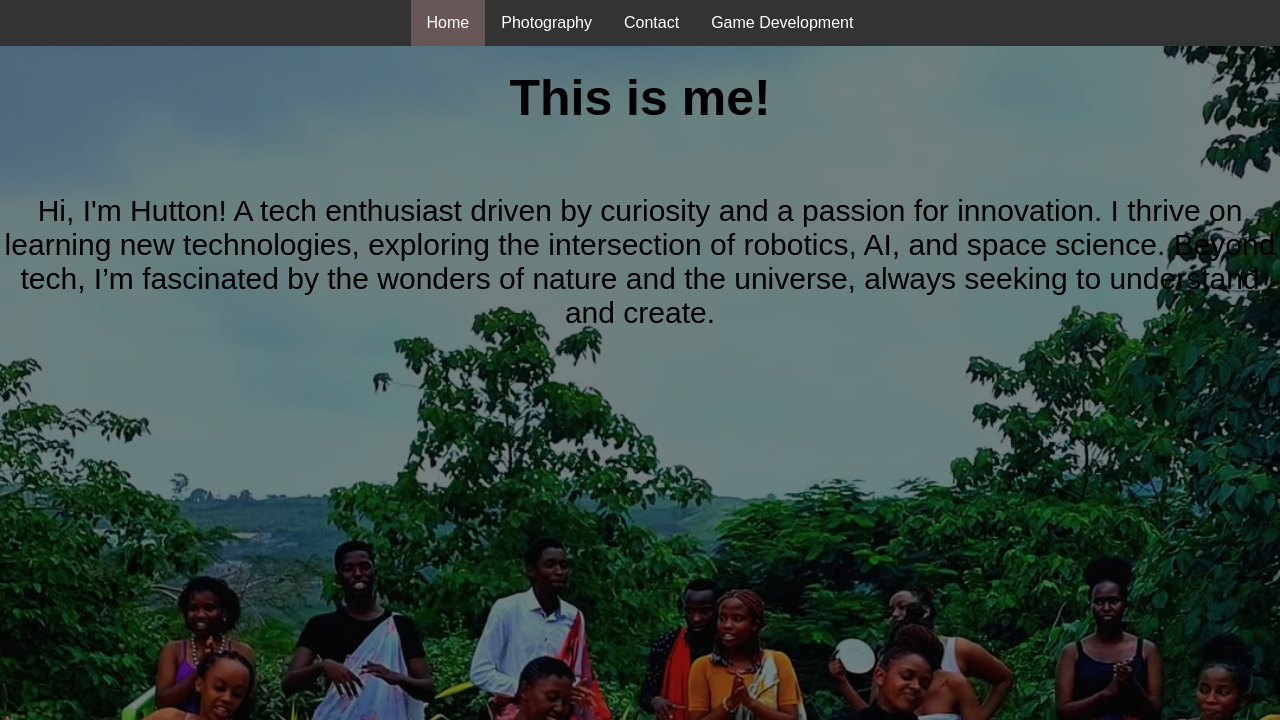
Repository: Argivist/ArgPortfolio
Page: index.html
The author's editor kept a copy of each file at every save. The page is drawn from the files as they stood at one save, then again after the next save.
The browser window is 1280 px wide. The pictures show the whole page.

Above is the page before, as saved 2025-03-28 18:40:38.

### index.html
<!DOCTYPE html>
<html lang="en">

<head>
    <meta charset="UTF-8">
    <meta name="viewport" content="width=device-width, initial-scale=1.0">
    <link rel="stylesheet" href="css/styles.css">
    <link rel="stylesheet" href="css/nav.css">
    <link rel="stylesheet" href="css/home.css">

    <title>Hutton Amison-Addy</title>

    <style>
        body{
            background-color: #f0f0f0;
            font-family: 'Arial', sans-serif;
        }
    </style>
</head>

<body>
    <nav>
        <ul>
            <li class="nav-content active active-text"><a href="index.html">Home</a></li>
            <li class="nav-content"><a href="https://www.instagram.com/theworldinoneseye/">Photography</a></li>

            <li class="dropdown nav-content">
                <a href="contact.html">Contact</a>
                <ul class="dropdown-content">
                    <li><a href="https://www.linkedin.com/in/hutton-amison-addy-7b1b3b1b1/">LinkedIn</a></li>
                    <li><a href="https://www.github.com/Argivist">GitHub</a></li>
                    <li><a href="mailto:hutton.amison@ashesi.edu.gh">hutton.amison@ashesi.edu.gh</a></li>
                    <li><a href="mailto:huttonaaddy.public@gmail.com">huttonaaddy.public@gmail.com</a></li>
                </ul>
            </li>

            <li class="dropdown nav-content">
                <a href="#">Game Development</a>
                <ul class="dropdown-content">
                    <li><a href="game/index.html">Game Development Projects</a></li>
                    <li><a href="blender/index.html">Blender</a></li>
                </ul>
            </li>
        </ul>
    </nav>
    <div class="padding">
    </div>
        <div class="overlay">
            <h1>This is me!</h1>
            <p class="desc">
                Hi, I'm Hutton! A tech enthusiast driven by curiosity and a passion for innovation. I thrive on learning new technologies, exploring the intersection of robotics, AI, and space science. Beyond tech, I’m fascinated by the wonders of nature and the universe, always seeking to understand and create.
            </p>
        </div>



</body>

</html>

### css/styles.css
body{
    height: 100%;
    margin: 0;
    padding: 0;
}

 p {
    white-space: pre-line; /* preserves newlines, but collapses extra spaces */
  }

### css/nav.css
/* 1. Define default variables in :root */


/* NAV Content and Dropdown */
.nav-content {
    position: relative;
    display: inline-block;
}

.dropdown {
    position: relative; /* For proper absolute positioning of its child */
    display: inline-block;
}

.dropdown:hover .dropdown-content {
    display: block;
}

.dropdown-content {
    display: none;
    position: absolute; /* This makes it overlay other elements without affecting layout */
    background-color: var(--dropdown-bg);
    min-width: 160px;
    box-shadow: 0px 8px 16px 0px rgba(0,0,0,0.2);
    z-index: 1;
}

/* Nav Stylisation */
nav {
    background-color: var(--nav-bg);
    position: fixed;
    top: 0;
    left: 0;
    width: 100vw;
    z-index: 100;
    display: flex;
    justify-content: center;  /* Centers the nav content horizontally */
    align-items: center;      /* Vertically centers items */
    margin: 0;
    color: var(--nav-link-color);
}

/* Reserve space for the fixed navbar */
.padding {
    height: 35px;  /* Adjust this value to match your navbar's height */
    top: 0;
    left: 0;
    width: 100%;
    bottom: 0;
}

/* Nav List Styles */
nav ul {
    list-style-type: none;
    margin: 0;
    padding: 0;
    display: flex;
}

nav ul li {
    display: inline-block;
    margin: 0;
    text-align: center;
    /* If you want each <li> to match nav’s background: */
    background-color: var(--nav-bg);
}

/* Nav Links */
nav ul li a {
    display: block;
    color: var(--nav-link-color);
    text-align: center;
    padding: 14px 16px;
    text-decoration: none;
}

nav ul li a:hover {
    background-color: var(--nav-link-hover-bg);
    color: var(--nav-link-active-color);
}

/* Optional: Ensure dropdown list items take full width */
.dropdown ul li {
    width: 100%;
}

/* Active link styling */
.active {
    background-color: var(--active-bg);
    /* color: var(--nav-link-active-color); */
    text-decoration: none;
}
/* If .active is on the <li>, target the <a> inside */
.active-text{
    color: var(--nav-link-active-color);
}

### css/home.css
/* Custom Theme variables */
:root {
    --nav-bg: #333;
    --nav-link-color: #fff;
    --nav-link-hover-bg: #111;
    --dropdown-bg: #f9f9f9;
    --active-bg: #675656;
    --body-text-color: #333;      /* General text color */
    --heading-text-color: #222;   /* Headings, if desired */
}


h1 {
    color: --heading-text-color;
    font-size: 50px;
    text-align: center;
    /* text-shadow: 2px 2px 5px rgba(0, 0, 0, 0.5); */
}

p {
    color: --body-text-color;
    font-size: 30px;
    text-align: center;
    /* text-shadow: 2px 2px 5px rgba(0, 0, 0, 0.5); */
}


body {
    background-image:url('../img/home.jpeg');
    background-size:cover;    /* Ensures the image covers the whole screen */
    background-repeat: no-repeat;  /* Prevents tiling */
    /*  */
    /* background-position: center;   Centers the image */
}
.overlay {
    position: fixed;
    /* top: 0; */
    left: 0;
    width: 100%;
    height: 100%;
    background-color: rgba(0, 0, 0, 0.5); /* Adjust opacity as needed */
    z-index: -1; /* Keeps it behind your content */
}

After the next save:
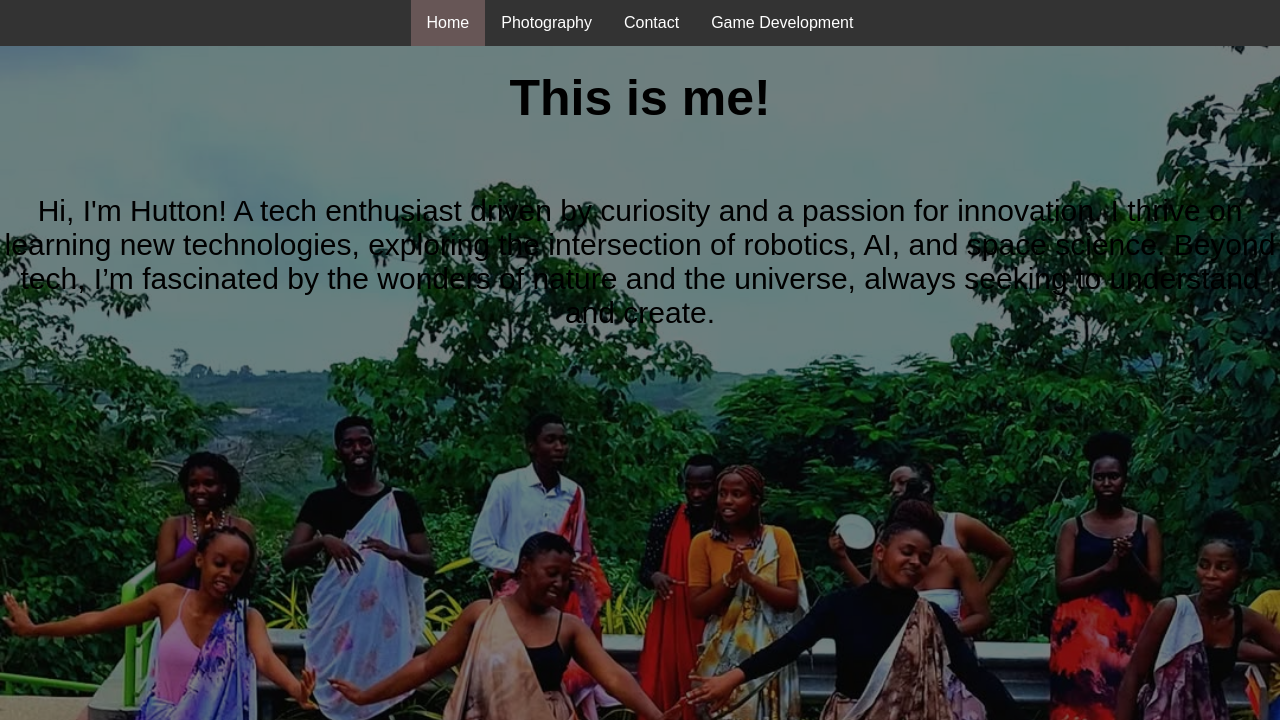
Saved 47 s later.
--- a/css/home.css
+++ b/css/home.css
@@ -29,6 +29,8 @@ body {
     background-image:url('../img/home.jpeg');
     background-size:cover;    /* Ensures the image covers the whole screen */
     background-repeat: no-repeat;  /* Prevents tiling */
+    background-position: center 10%;
+
     /*  */
     /* background-position: center;   Centers the image */
 }
